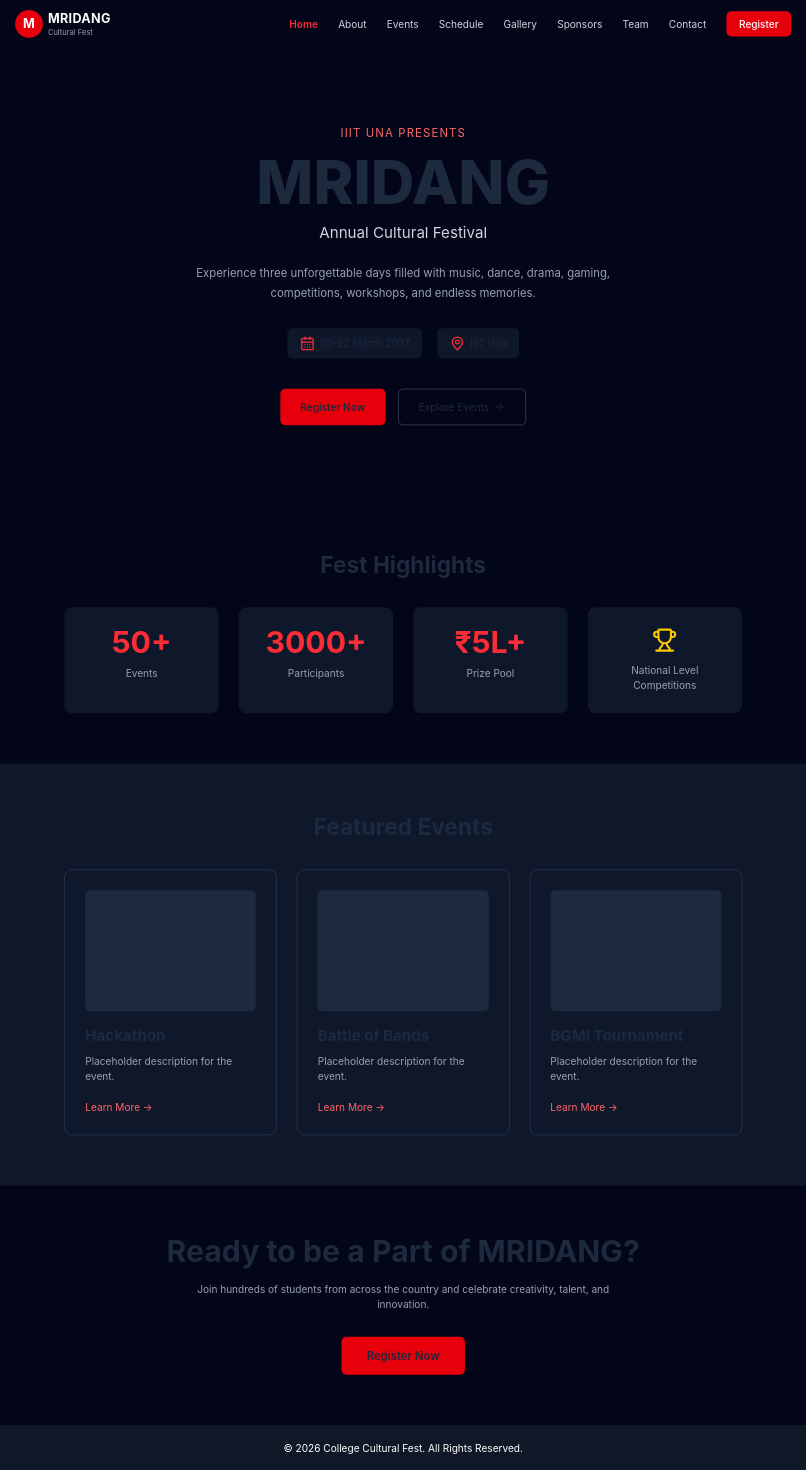
Repository: mridang-iiitu/Mridang-2k26
Page: /
The author's editor kept a copy of each file at every save. The page is drawn from the files as they stood at one save, then again after the next save.
The browser window is 1280 px wide. The pictures show the whole page, at 63% of full size.
The project was rebuilt for these pictures with package versions that can differ from the ones it lists, and the page was loaded fresh each time. Also part of the build but not shown: vite.config.js, src/pages/About.jsx, src/pages/Events.jsx, src/pages/Schedule.jsx, src/pages/Gallery.jsx, src/pages/Sponsors.jsx, src/pages/Team.jsx, src/pages/Contact.jsx.

Above is the page before, as saved 2026-08-03 13:43:45.

After the next save:
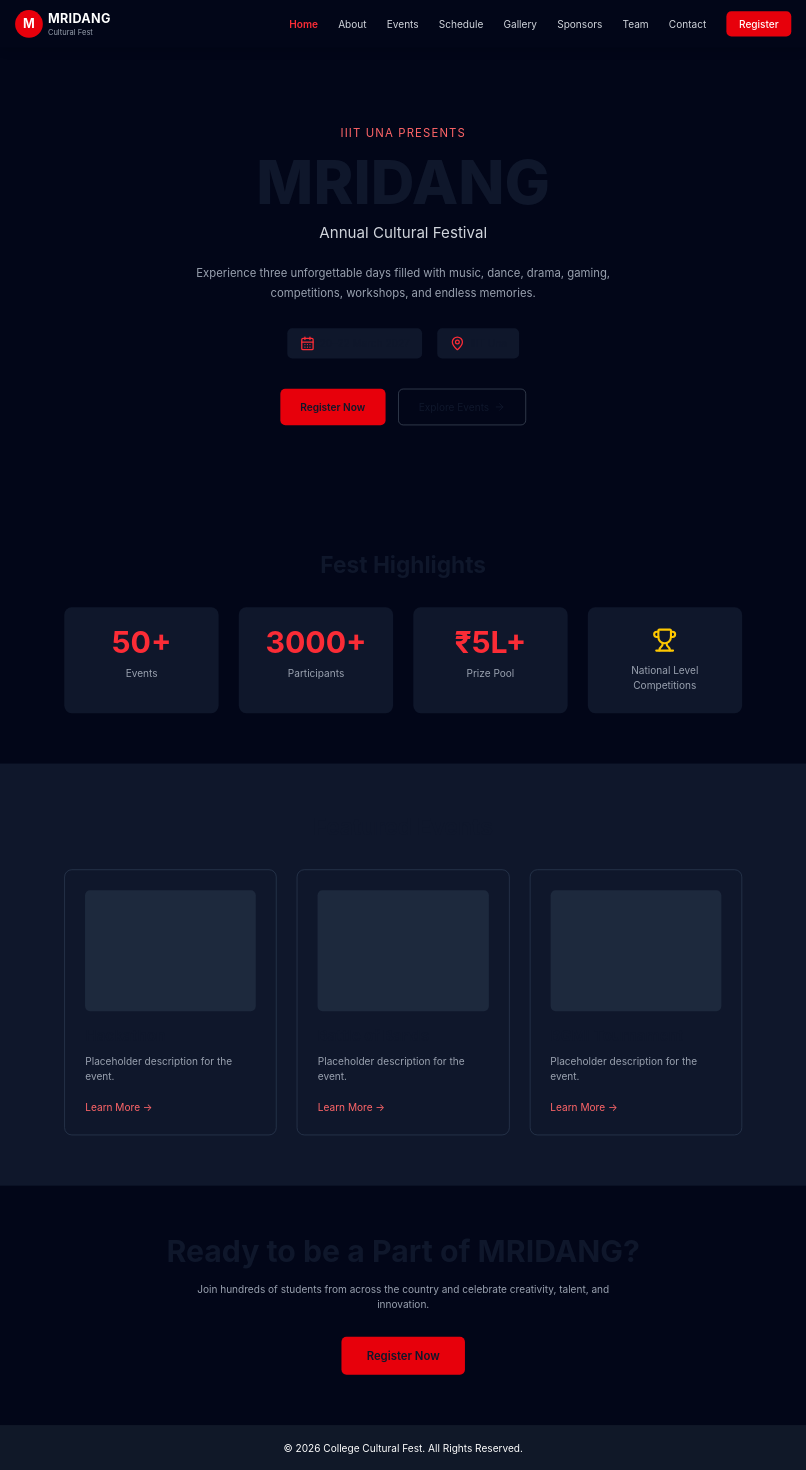
Saved 4 s later.
--- a/src/pages/Home.jsx
+++ b/src/pages/Home.jsx
@@ -2,7 +2,7 @@ import { CalendarDays, MapPin, Trophy, ArrowRight } from "lucide-react";
 
 export default function Home() {
   return (
-    <main className="bg-slate-950 text-slate-800">
+    <main className="bg-slate-950 text-slate-900">
 
       {/* Hero Section */}
       <section className="flex min-h-screen items-center justify-center px-6">
